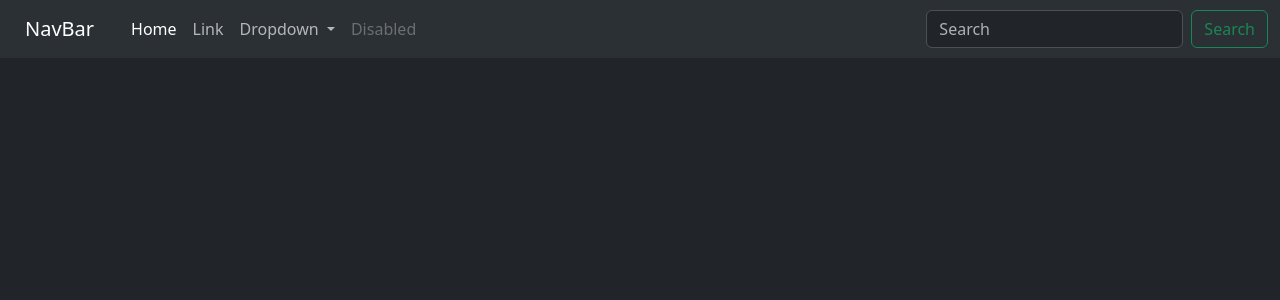
Repository: VictoriousMango/Archive
Page: index.html
An editor plug-in stored every save of this project. The page is shown before and after the next save, followed by the edit.
The browser window is 1280 px wide. The pictures show the whole page.

Above is the page before, as saved 2024-06-05 23:09:46.

After the next save:
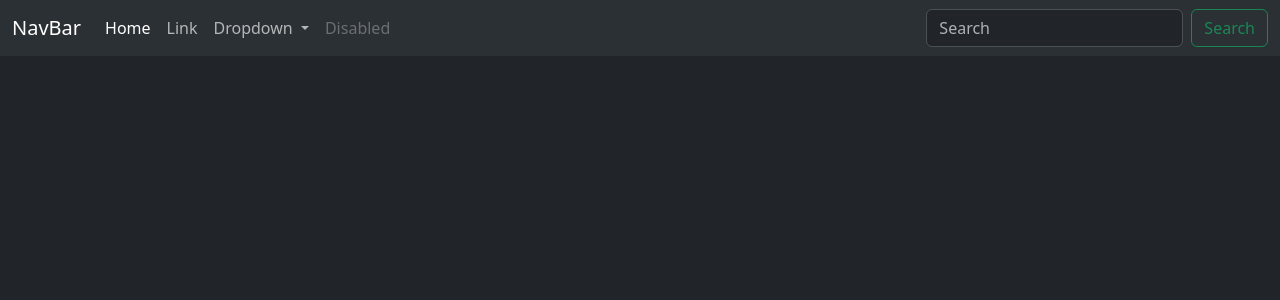
Saved 79 s later.
--- a/index.html
+++ b/index.html
@@ -9,7 +9,7 @@
         <!-- NavBar -->
         <nav class="navbar navbar-expand-lg bg-body-tertiary ">
             <div class="container-fluid">
-                <a href="#" class="navbar-brand btn" role="button" data-bs-toggle="button" onclick="Toggling()">NavBar</a>
+                <a href="#" class="navbar-brand" role="button" onclick="Toggling()">NavBar</a>
               <button class="navbar-toggler" type="button" data-bs-toggle="collapse" data-bs-target="#navbarSupportedContent" aria-controls="navbarSupportedContent" aria-expanded="false" aria-label="Toggle navigation">
                 <span class="navbar-toggler-icon"></span>
               </button>
